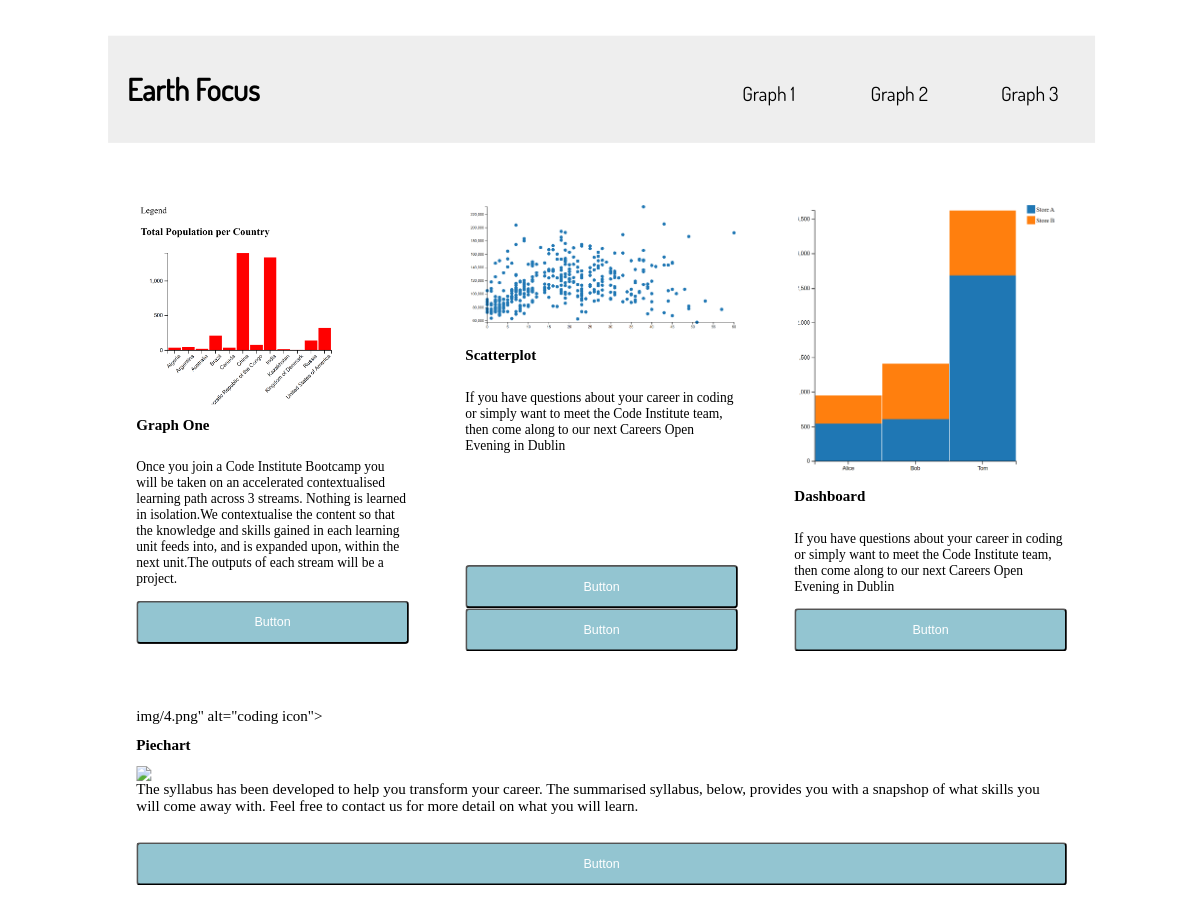
Repository: Code-Institute-Submissions/SOliv1-milestone2_NovResub
Page: index.html
The author's editor kept a record of every edit. The page is drawn from the files as they stood at one moment, then again after the next edit.
The browser window is 1280 px wide. The pictures show the whole page, at 94% of full size.
Some web libraries are served in a nearby version.

Above is the page before.

### index.html
<!DOCTYPE html>
<html lang="en">
<head>
    <meta charset="UTF-8">
    <meta http-equiv="X-UA-Compatible" content="ie=edge">
    <meta name="viewport" content="width=device-width, initial-scale=1">
    <title>Earth Focus</title>
    <link href="css/style.css" rel="stylesheet">
    <link href='https://fonts.googleapis.com/css?family=Roboto' rel='stylesheet' type='text/css'>
    <link href='https://fonts.googleapis.com/css?family=Dosis' rel='stylesheet' type='text/css'>
    </head>
<body>
    <div id="container">
        <nav>
            <ul>
                <li id="logoNav">Earth Focus</>
                <li id="graph11_btn">Graph 1</li>
                <li id="graph2_btn"> Graph 2</li>
                <li id="graph3_btn">Graph 3</li>
            </ul>
        </nav>
        <div class="card graph1">
            <img class="card_image" src="img/1.png" alt="coding icon">
            <div class="card_bottom">
                <h2 class="card_head">Graph One</h2>
                <p class="card_para">Once you join a Code Institute Bootcamp you will be taken on an accelerated contextualised learning path across 3 streams. Nothing is learned in isolation.We contextualise the content so that the knowledge and skills gained in each learning
                    unit feeds into, and is expanded upon, within the next unit.The outputs of each stream will be a project. </p>
                <button class="bottom_button" id="button_effects1">Button</button>
            </div>
        </div>
        <div class="card graph3_btn">
            <img class="card_image" src="img/2.png" alt="coding icon">
            <h2 class="card_head">Scatterplot</h2>
            <p class="card_para">If you have questions about your career in coding or simply want to meet the Code Institute team, then come along to our next Careers Open Evening in Dublin</p>
            <button class="bottom_button">Button</>
            <button id="button_effects2" class="bottom_button">Button</button>
            </div>
        <div class="card graph2">
            <img class="card_image" src="img/3.png" alt="coding icon">
            <h2 class="card_head">Dashboard</h2>
            <p class="card_para">If you have questions about your career in coding or simply want to meet the Code Institute team, then come along to our next Careers Open Evening in Dublin</p>
            <button id="button_effects3" class="bottom_button">Button</button>
        </div>
        <div class="card graph3">img/4.png" alt="coding icon">
            <h2 class="card_head">Piechart</h2>
            <img class="card_image" src="i
            <p class="card_para">The syllabus has been developed to help you transform your career. The summarised syllabus, below, provides you with a snapshop of what skills you will come away with. Feel free to contact us for more detail on what you will learn.</p>
             <button id="button_effects4" class="bottom_button">Button</button>
        </div>
    <script src="https://code.jquery.com/jquery-3.2.1.js" integrity="sha256-DZAnKJ/6XZ9si04Hgrsxu/8s717jcIzLy3oi35EouyE=" crossorigin="anonymous"></script>
    <script src="script.js"></script>
    <!-- Scripts located at the bottom of the body to insure page is fully loaded before execution -->
</body>
</html>

### css/style.css
Skip to content
Search or jump to…

Pull requests
Issues
Marketplace
Explore

@SOliv1
Code Issues 0 Pull requests 0 Projects 0 Wiki Security Pulse Community
jquery-events/style.css
 Ubuntu initial commit
871e21d on Aug 28
193 lines (133 sloc)  2.25 KB

body {
	font-family: 'Roboto', sans-serif;
	/*background-image: url(img/code-institute.jpg);
 	background-size: cover;
 	color: #ffffff;*/
 	background-color: #eee;

}

h1{
	font-size: 3em;
	text-align: center;
}

h2 {
	font-size: 1em;
	text-align: left;

}



p {
	font-size: .9rem;
}



div {
	border-radius: 4px;
}

.card_image {
	width: 100%;

}

.bottom_button {
	display: flex;
	box-sizing:border-box;
	border-radius: 4px;
	display: block;
	width: 100%;
	background-color:rgba(129, 187, 201,.85);
	text-align: center;
	padding: 1em .75em;
	text-decoration: none;
	color: #fff;

}

.card_bottom {
	display: flex;
	flex-flow:column;
}

.card_head {
	flex:0;
}



.card_para {

	flex:1 0 auto;

}

#container {
	display: flex;		/* makes container a flexbox*/
	flex-flow: row wrap; 	/* layout the boxes in rows and wrap them*/
	box-sizing:border-box;
	margin-right:auto;
	margin-left:auto;
	max-width:1050px;
}

#logo {
	width: 800px;
	margin: auto;
}



.card {

	flex:1; /* */

	display: flex;	/* make the contents controllable by flexbox*/
	flex-flow:column;	/* */
	min-width: 240px; /**/
	margin: 10px;
	padding: 20px;
	background-color: #fff;
}

.highlight_stream {
	background-color: #EB5255;
}

#my_footer {
	width:100%;
	text-align: center;
}



#copyright {
	margin-top:10px;
	margin-bottom:10px;

}

/*************************
Navigation
**************************/

nav {

	font-family: roboto;
	background-color: #eee;
	margin: 30px auto;
	width: 100%;
}

ul {

	display: flex;

	justify-content:space-between;

	flex-flow: row;

	/*flex-flow: row-reverse;*/
	/*justify-content:flex-end;*/
	/*justify-content:space-around;*/
	/*align-items:flex-start;*/
	align-items:baseline;
	border-radius: 10px;
	list-style-type: none; /*Remove Bullets*/
	padding: 0;

}

li {
	flex:1;
	height: 30px;
	/*width:10%;*/
	/*border:2px solid #000;*/
	/*background-color: #81BBC9;*/
	/*border-radius: 10px;*/
	font-family: Dosis;
	padding:20px 20px 20px 20px;
	text-align: center;
	font-size: 1.3em;
}

#logoNav {
	flex:6;
	text-align: left;
	font-size: 2em;
	font-weight: bold;
}

.underline {
    text-decoration:underline;

}



.border {

    border: solid 5px #ccc;

}

@media screen and (max-width: 700px) {
	ul {
		flex-flow: column;
		align-items:center;
    }
	li {
		font-size: 2em;
	}

}

### script.js
$(document).ready(function() {
    -$("#barchart_html").on("click", function() {
        $(".graph1").show();
        $(".graph1").show(1000);
        $("#button_effects1").click(function(){
        $('#button_effects1').hide('slow');
    });
 });

   $("#barchart2_html").on("click", function() {
        $(".graph1").removeClass('highlight_graph');
        $(".graph2").removeClass('highlight_graph');
        $(".graph3").removeClass('highlight_graph');
        $(".graph2").addClass('highlight_graph');
   });

    $("#barchart3_html").on("click", function() {
        $(".graph1").removeClass('highlight_graph');
        $(".graph2").removeClass('highlight_graph');
        $(".graph3").removeClass('highlight_graph');
        $(".graph3").addClass('highlight_graph');
    });
});

    $(document).ready(function() {
    $("#button_effects1").click(function(){
        $('#par1').toggle('1000');
    });
    $("#button_effects2").click(function(){
        $('#par2').toggle('1000');
    });
    $("#button_effects3").click(function(){
        $('#par3').toggle('1000');
    });
    $("#button_effects4").click(function(){
        $('#par4').toggle('1000');
    });
});

$(document).ready(function() {
    // Create the slideToggle effects each of the paragraphs and
    // buttons
    $("#button_effects1").click(function(){
        $('#par1').slideToggle('1000');
    });
    $("#button_effects2").click(function(){
        $('#par2').slideToggle('1000');
    });
    $("#button_effects3").click(function(){
        $('#par3').slideToggle('1000');
    });
    $("#button_effects4").click(function(){
        $('#par4').slideToggle('1000');
    });
    $("#button_effects5").click(function(){
        $('#par5').slideToggle('1000');
    });
    $("#button_effects6").click(function(){
        $('#par6').slideToggle('1000');
    });
});



// Use the fadeTo effect when the mouse hovers over a specific button
    // and fadeTo again when the mouse is no longer hovering over the button

    $("#button_effects1").mouseenter(function(){
        $('#button_effects1').fadeTo(1000, 0.5);
    });
    $("#button_effects1").mouseleave(function(){
        $('#button_effects1').fadeTo(1000, 1);
    });
    $("#button_effects2").mouseenter(function(){
        $('#button_effects2').fadeTo(1000, 0.5);
    });
    $("#button_effects2").mouseleave(function(){
        $('#button_effects2').fadeTo(1000, 1);
    });
    $("#button_effects3").mouseenter(function(){
        $('#button_effects3').fadeTo(1000, 0.5);
    });
    $("#button_effects3").mouseleave(function(){
        $('#button_effects3').fadeTo(1000, 1);
    });
    $("#button_effects4").mouseenter(function(){
        $('#button_effects4').fadeTo(1000, 0.5);
    });
    $("#button_effects4").mouseleave(function(){
        $('#button_effects4').fadeTo(1000, 1);
    });

//waits until page is loaded first

    $(document).ready(function(){
    //applies colour red to paragraphs when clicked on
    $("p").click(function(){
        $("p").addClass("highlight_text");
    });
});

//will add lightblue to h2 elements

    $("h2").hover(function(){
        $("h2").addClass( "h2_color");
    });

    /*
    this will apply larger font size to the active h2 element
    by adding the h2_font_size class but
    not the other h2 elements by removing class h2_font_size from them
    */

    $("#hr_html").hover(function(){
        $("#hr_graph").removeClass("h2_font_size");
        $("#hr_dashboard").removeClass("h2_font_size");
        $("#hr_scatterplot").removeClass("h2_font_size");
        $("#hr_piechart").removeClass("h2_font_size");
    });


    //applies colour black to body background when mouse enters over buttons


    $(".bottom_button").mouseenter(function(){
        $("body").css( "background-color", "black");
    });

    //applies colour grey to body background when mouse leaves buttons

    $(".bottom_button").mouseleave(function(){
        $("body").css( "background-color", "#eee");
    });

After the next edit:
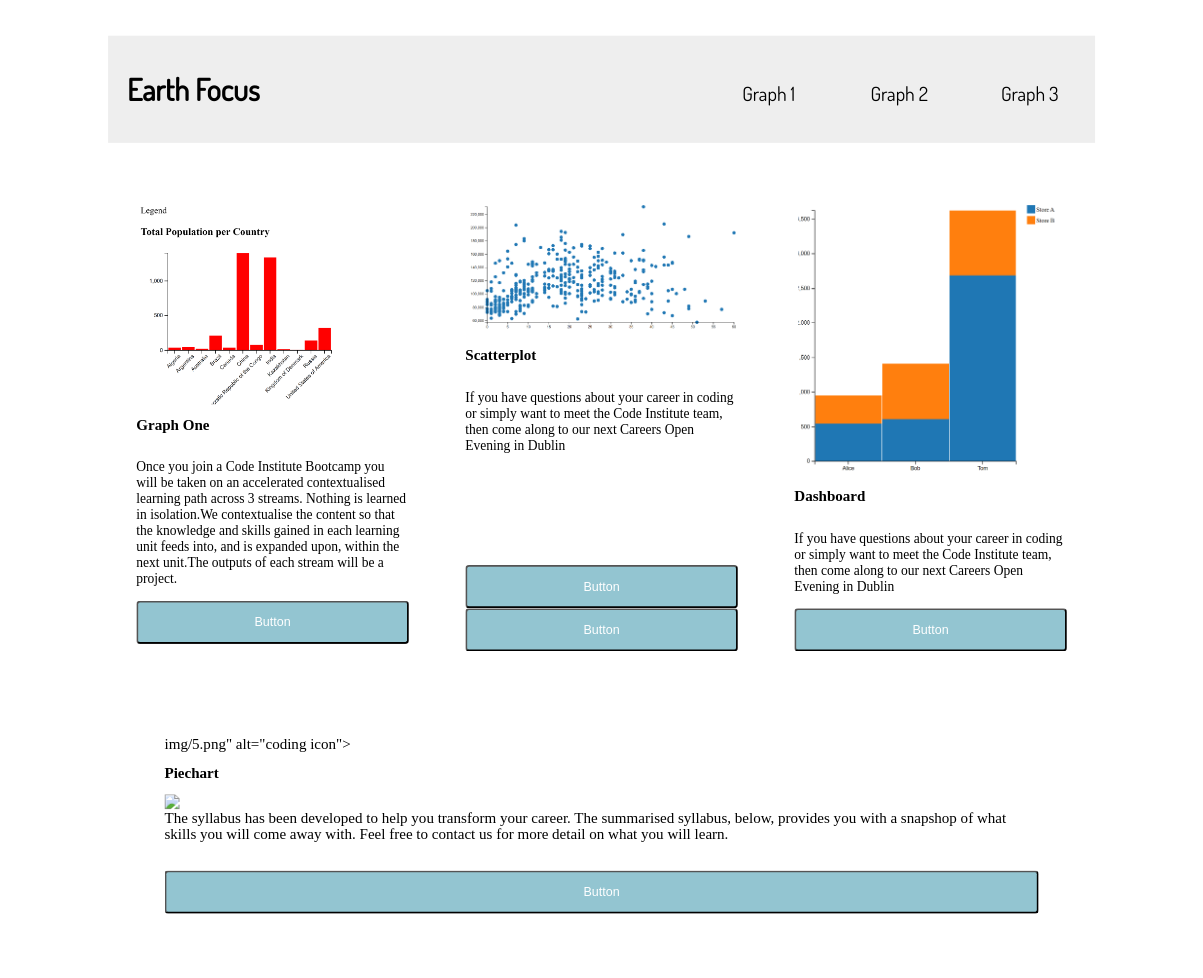
The edit:
--- a/index.html
+++ b/index.html
@@ -41,7 +41,8 @@
             <p class="card_para">If you have questions about your career in coding or simply want to meet the Code Institute team, then come along to our next Careers Open Evening in Dublin</p>
             <button id="button_effects3" class="bottom_button">Button</button>
         </div>
-        <div class="card graph3">img/4.png" alt="coding icon">
+        <div class="card graph4">
+        <div class="card image" src=>img/5.png" alt="coding icon">
             <h2 class="card_head">Piechart</h2>
             <img class="card_image" src="i
             <p class="card_para">The syllabus has been developed to help you transform your career. The summarised syllabus, below, provides you with a snapshop of what skills you will come away with. Feel free to contact us for more detail on what you will learn.</p>
